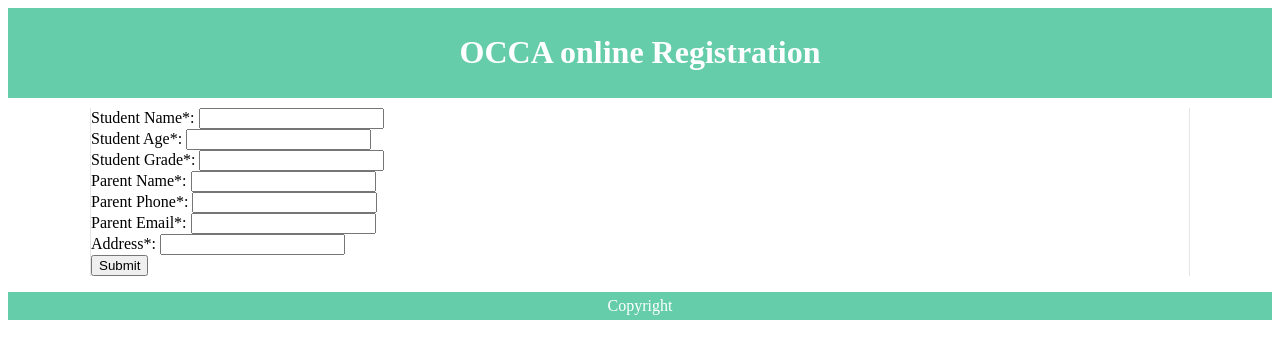
Repository: dreamxia329/TechExercise4830
Page: T3-0325-xia/T3-webProject-Xia/WebContent/register.html
The author's editor kept a copy of each file at every save. The page is drawn from the files as they stood at one save, then again after the next save.
The browser window is 1280 px wide. The pictures show the whole page.

Above is the page before, as saved 2022-03-31 17:01:49.

### T3-0325-xia/T3-webProject-Xia/WebContent/register.html
<html>
<head>
<style>
header {
	background-color: #66CDAA;
	color: white;
	text-align: center;
	padding: 5px;
}

nav {
	line-height: 30px;
	background-color: #eeeeee;
	height: 300px;
	width: 100px;
	float: left;
	padding: 5px;
}

section {
	margin: 10px auto 10px auto;
	max-width: 1098px;
	border-left: 1px solid #e5e5e5;
	border-right: 1px solid #e5e5e5;
	background-color: #f7f7f7
	padding: 5px;
}

footer {
	background-color: #66CDAA;
	color: white;
	clear: both;
	text-align: center;
	padding: 5px;
}
</style>
</head>

<body>
	<header>
		<h1>OCCA online Registration</h1>
	</header>


	<section>

		<form action="RegisterServlet" method="POST">

			Student Name*: <input type="text" name="studentName"> <br />
			Student Age*: <input type="text" name="studentAge"> <br />
			Student Grade*: <input type="text" name="studentGrade"> <br />
			Parent Name*: <input type="text" name="parentName"> <br />
			Parent Phone*: <input type="text" name="parentPhone"> <br />
			Parent Email*: <input type="text" name="parentEmail"> <br />
			Address*: <input type="text" name="address"> <br /> <input
				type="submit" value="Submit" />
		</form>

	</section>

	<footer> Copyright </footer>
</body>
</html>

After the next save:
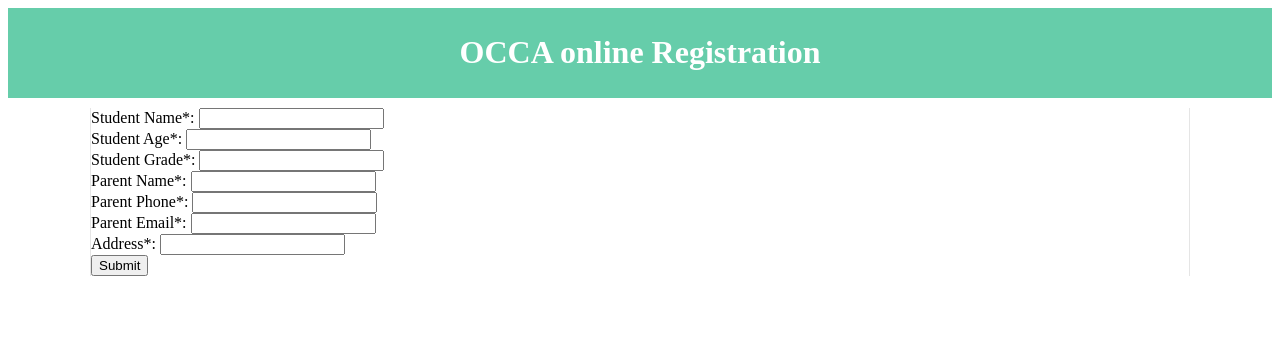
Saved 64 s later.
--- a/T3-0325-xia/T3-webProject-Xia/WebContent/register.html
+++ b/T3-0325-xia/T3-webProject-Xia/WebContent/register.html
@@ -26,13 +26,7 @@ section {
 	padding: 5px;
 }
 
-footer {
-	background-color: #66CDAA;
-	color: white;
-	clear: both;
-	text-align: center;
-	padding: 5px;
-}
+
 </style>
 </head>
 
@@ -58,6 +52,5 @@ footer {
 
 	</section>
 
-	<footer> Copyright </footer>
 </body>
 </html>
